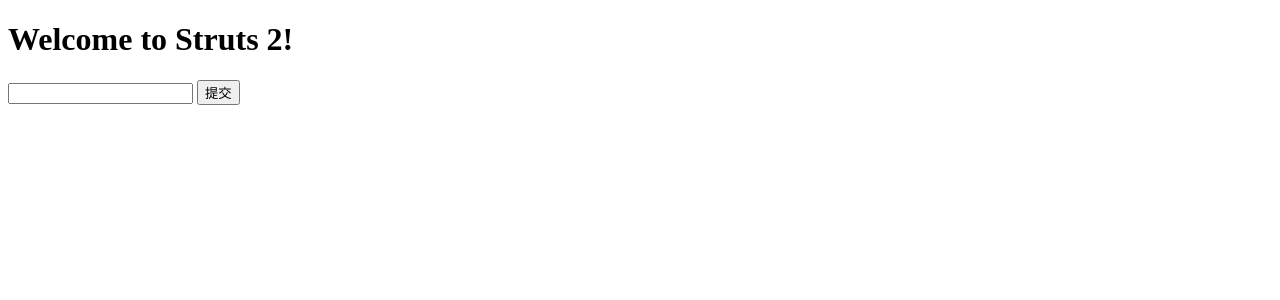
Repository: oliverwreath/java_camp_for_ecommerce
Page: http://localhost/Copy_of_ERP_XD/
The author's editor kept a copy of each file at every save. The page is drawn from the files as they stood at one save, then again after the next save.
The browser window is 1280 px wide. The pictures show the whole page.
The page is served by Tomcat 9.

Above is the page before, as saved 2014-04-05 16:04:01.

After the next save:
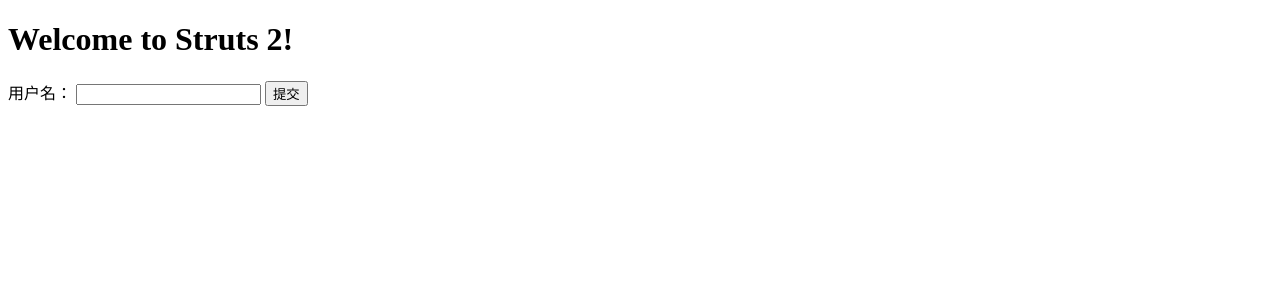
Saved 28 s later.
--- a/workspace/Copy of ERP_XD/WebContent/index.jsp
+++ b/workspace/Copy of ERP_XD/WebContent/index.jsp
@@ -9,7 +9,7 @@
 	<body>
 		<h1>Welcome to Struts 2!</h1>
 		<form>
-			<input type="text">
+			用户名： <input type="text" name="uname">
 			<input type="submit" value="提交">
 		</form>
 	</body>
